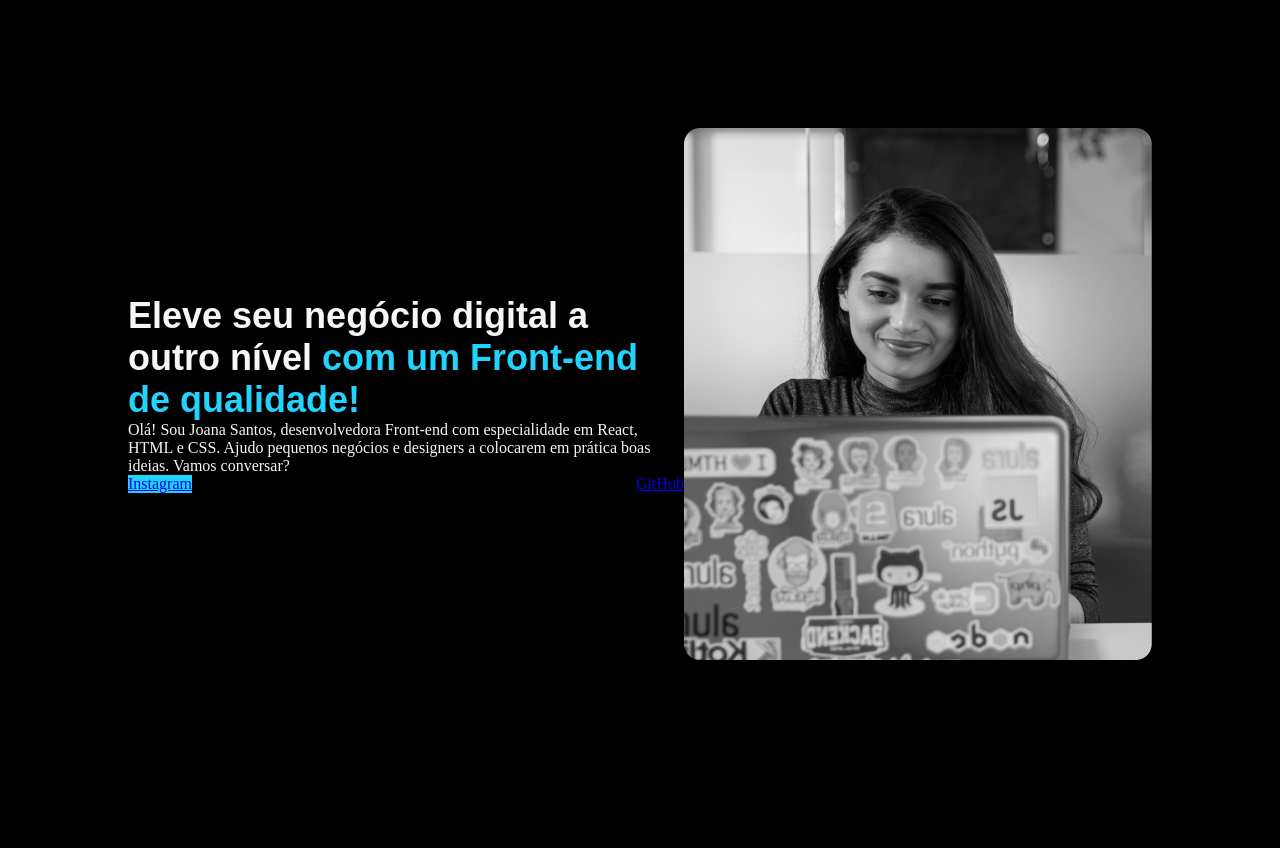
Repository: YoungAkira/CursoHtmlCss
Page: index.html
The author's editor kept a copy of each file at every save. The page is drawn from the files as they stood at one save, then again after the next save.
The browser window is 1280 px wide. The pictures show the whole page.
Some web fonts or font styles are not loaded; a fallback is used.

Above is the page before, as saved 2023-05-13 12:02:54.

### index.html
<!DOCTYPE html>
<html lang="pt-br">
<head>
    <meta charset="UTF-8">
    <meta http-equiv="X-UA-Compatible" content="IE=edge">
    <meta name="viewport" content="width=device-width, initial-scale=1.0">
    <title>Portfolio</title>
    <link rel="stylesheet" href="style.css">
</head>
<body>
    <header></header>
    <main class="apresentacao">
            <section class="apresentacao_conteudo">
                 <h1 class="apresentacao_conteudo_titulo">Eleve seu
                    negócio digital a outro nível <strong
                    class="titulo-destaque">com um Front-end de qualidade!</strong></h1>

                    <p class="apresentacao_conteudo_texto">Olá! Sou Joana Santos, desenvolvedora Front-end com especialidade em React,
                    HTML e CSS. Ajudo pequenos negócios e designers a colocarem em prática boas
                    ideias. Vamos conversar?</p>

                    <div class="apresentacao_links">
                        <a class="apresentacao-links-link" href="instagram.com">Instagram</a>
                        <a class="apresentacao_links_link" href="www.google.com">GitHub</a>
                    </div>

            </section>
                    <img src="imagem.png" alt="Foto Joana Santos programando">
    </main>


    <footer></footer>


</body>
</html>

### style.css
 @import url('https://fonts.googleapis.com/css2?family=Krona+One&family=Montserrat&display=swap');

*{
    margin: 0;
    padding: 0;
}


body {
    background-color: black;
    box-sizing: border-box;
    color: #F6F6F6;
    height: 100vh;
}


.titulo-destaque {
    color: #22D4FD;
}


.apresentacao{
    display: flex;
    align-items: center;
    justify-content: space-between;
    margin: 10%;
}


.apresentacao_conteudo{
    width: 615px;
}


.apresentacao_conteudo_titulo{
    font-size: 36px;
    font-family: 'Krona One',sans-serif;
}


apresentacao_conteudo_texto{
    font-size: 24px;
    font-family: 'Montserrat',sans-serif;
}


.apresentacao_links{
    display: flex;
    justify-content: space-between;
}


.apresentacao-links-link{
    background-color: #22D4FD;
}

After the next save:
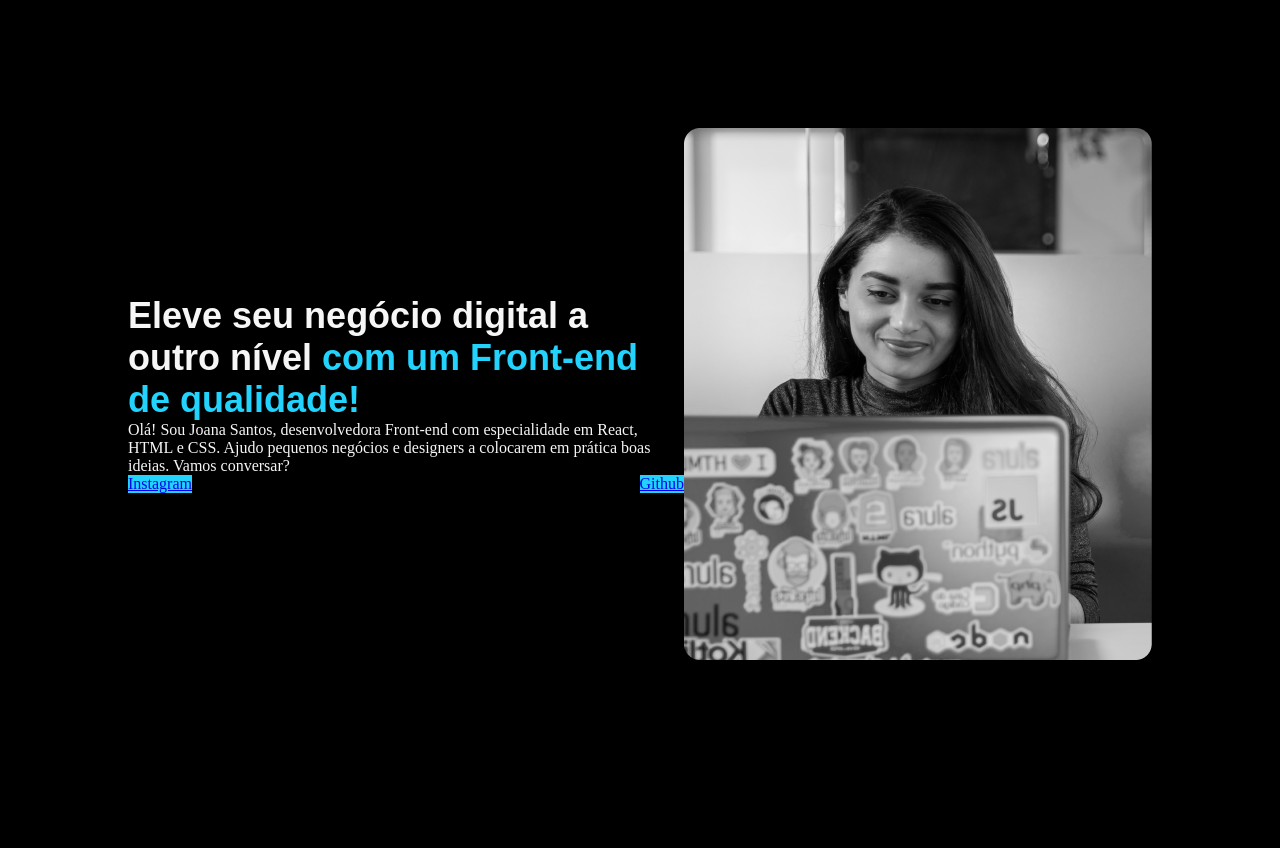
Saved 62 s later.
--- a/index.html
+++ b/index.html
@@ -21,7 +21,7 @@
 
                     <div class="apresentacao_links">
                         <a class="apresentacao-links-link" href="instagram.com">Instagram</a>
-                        <a class="apresentacao_links_link" href="www.google.com">GitHub</a>
+                        <a class="apresentacao-links-link" href="www.google.com">Github</a>
                     </div>
 
             </section>
